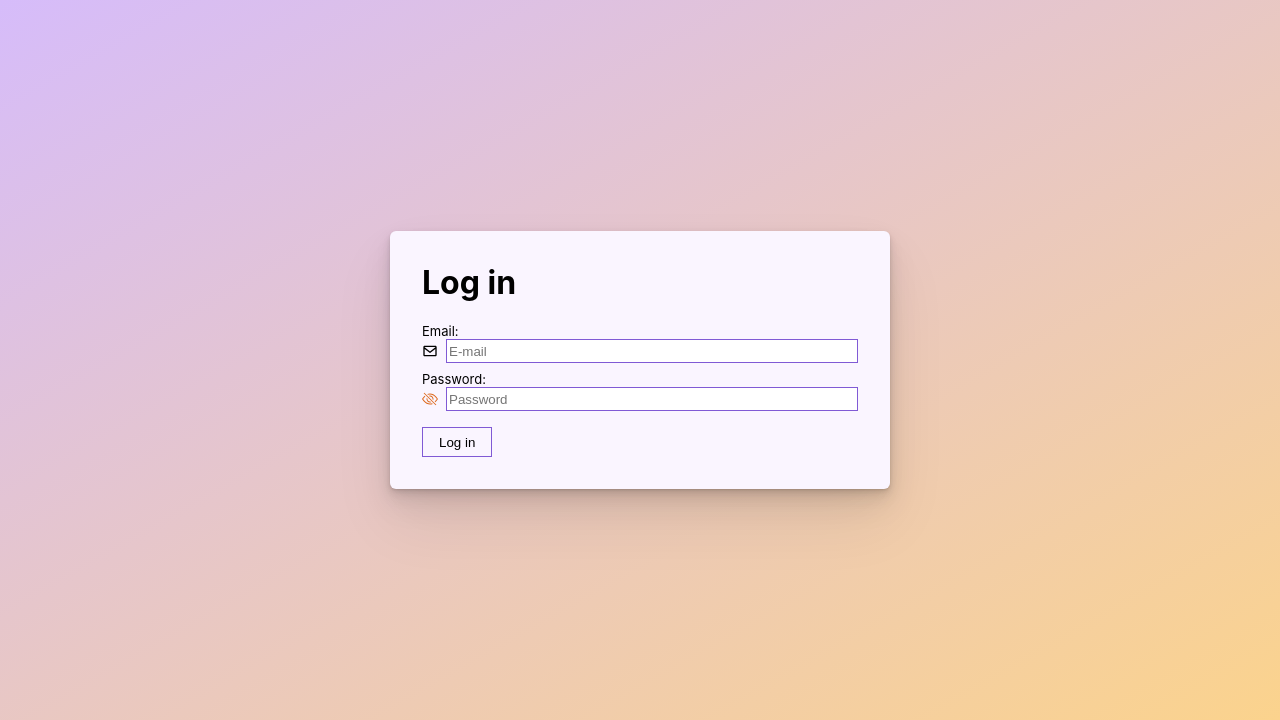
Repository: IraKapllani/Frontend
Page: /
The author's editor kept a copy of each file at every save. The page is drawn from the files as they stood at one save, then again after the next save.
The browser window is 1280 px wide. The pictures show the whole page.
The project was rebuilt for these pictures with package versions that can differ from the ones it lists, and the page was loaded fresh each time. Also part of the build but not shown: src/screens/Home/index.jsx, src/screens/Books/index.jsx, src/screens/AddAuthors/index.jsx, src/components/Sidebar/index.jsx.

Above is the page before, as saved 2021-12-21 15:45:12.

After the next save:
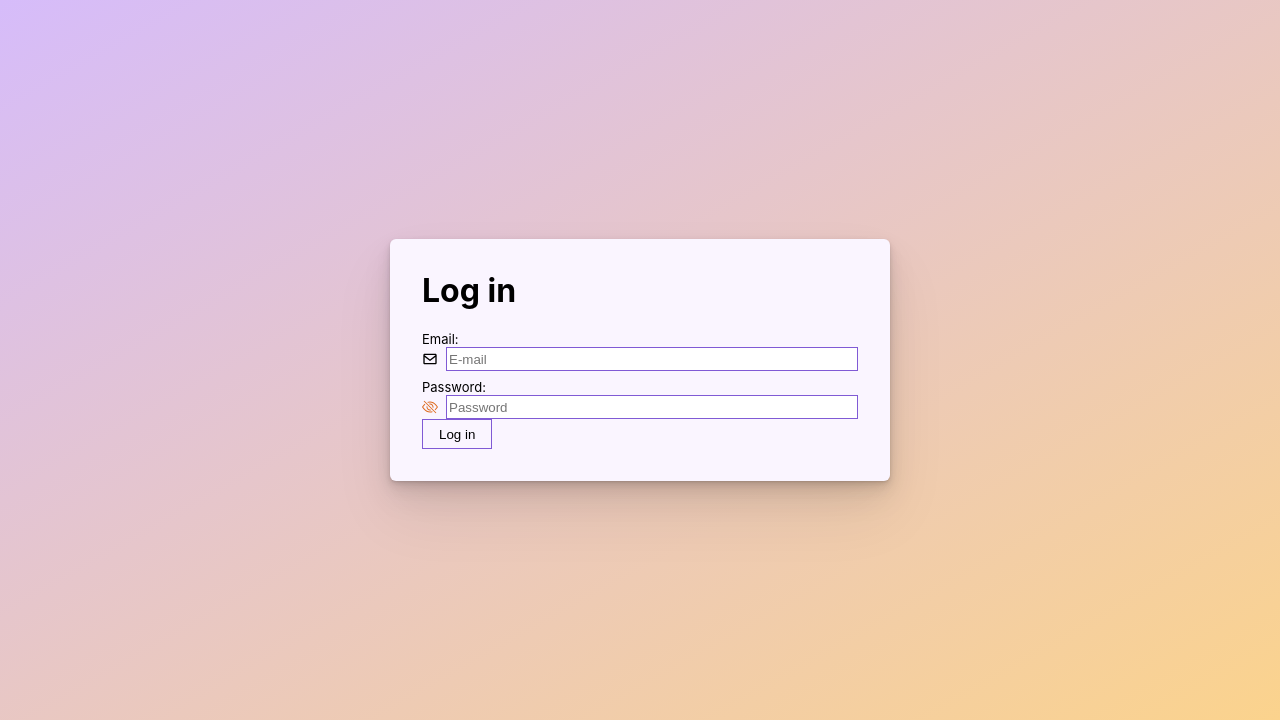
Saved 3 min 49 s later.
--- a/src/screens/Login/index.jsx
+++ b/src/screens/Login/index.jsx
@@ -42,7 +42,9 @@ export function Login(props) {
           <h1>Log in</h1>
           <Textinput label="Email:" icon={emailIcon} placeholder="E-mail" />
           <Passwordinput />
+          <div className="text-center">
           <button type="submit">Log in</button>
+          </div>
         </form>
       </div>
     </div>
